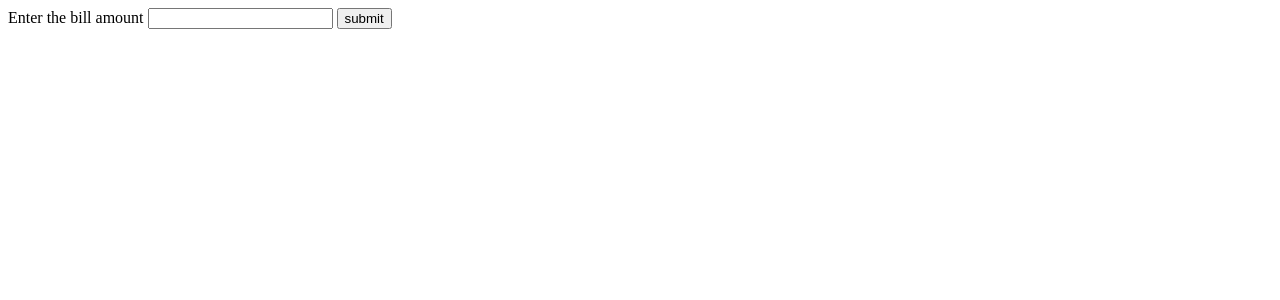
Repository: Susritha/workspace
Page: http://localhost/Discountws/ClientJsp.jsp
The author's editor kept a copy of each file at every save. The page is drawn from the files as they stood at one save, then again after the next save.
The browser window is 1280 px wide. The pictures show the whole page.
The page is served by Tomcat 9. Other server files are loaded and not shown.

Above is the page before, as saved 2015-08-18 11:08:22.

### Discountws/WebContent/ClientJsp.jsp
<%@ page language="java" contentType="text/html; charset=ISO-8859-1"
    pageEncoding="ISO-8859-1"%>
<!DOCTYPE html PUBLIC "-//W3C//DTD HTML 4.01 Transitional//EN" "http://www.w3.org/TR/html4/loose.dtd">
<html>
<head>
<meta http-equiv="Content-Type" content="text/html; charset=ISO-8859-1">
<title>Insert title here</title>
</head>
<body>
Enter the bill amount <input type="text" name="bill">
<input type="submit" value="submit">

</body>
</html>

After the next save:
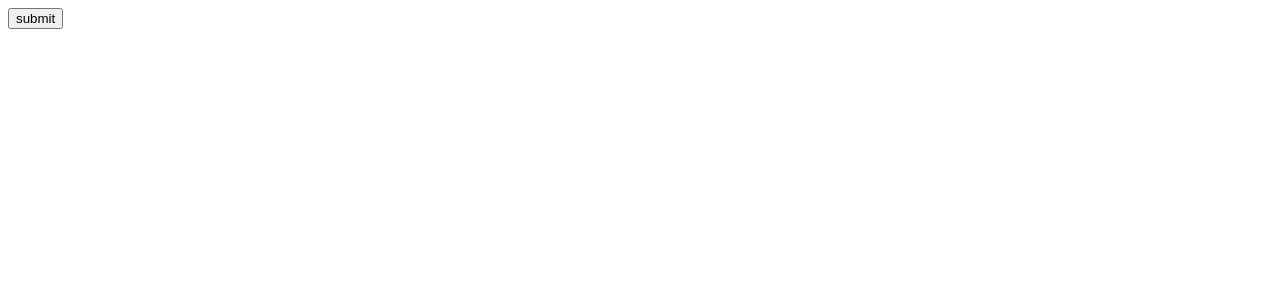
Saved 115 s later.
--- a/Discountws/WebContent/ClientJsp.jsp
+++ b/Discountws/WebContent/ClientJsp.jsp
@@ -7,6 +7,7 @@
 <title>Insert title here</title>
 </head>
 <body>
+<form action="ClientServlet.java"
 Enter the bill amount <input type="text" name="bill">
 <input type="submit" value="submit">
 

After the save that followed:
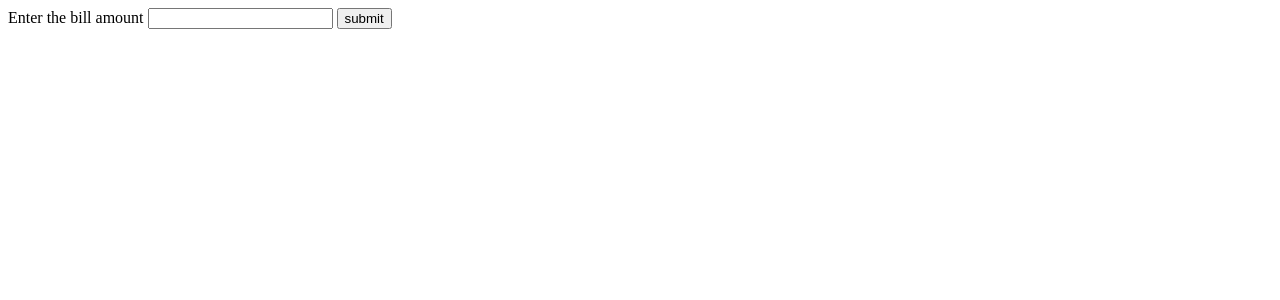
Saved 11 s later.
--- a/Discountws/WebContent/ClientJsp.jsp
+++ b/Discountws/WebContent/ClientJsp.jsp
@@ -7,9 +7,10 @@
 <title>Insert title here</title>
 </head>
 <body>
-<form action="ClientServlet.java"
+<form action="ClientServlet.java">
+
 Enter the bill amount <input type="text" name="bill">
 <input type="submit" value="submit">
-
+</form>
 </body>
 </html>
